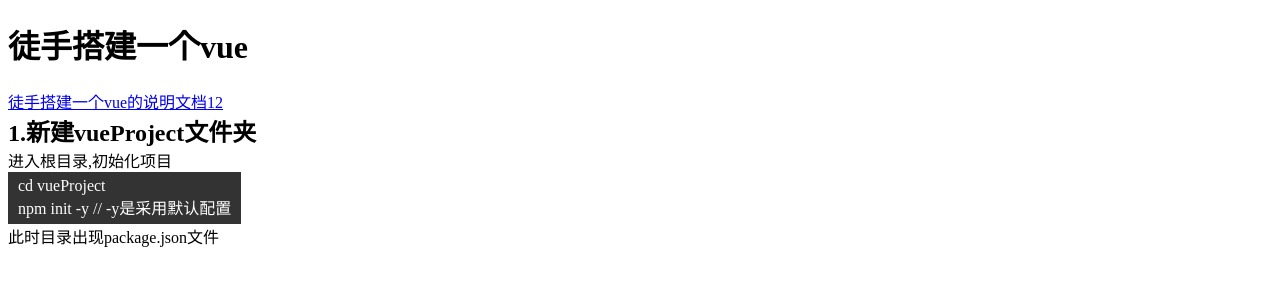
Repository: yuWhy/vue-build-cli
Page: /#/vueBuild
An editor plug-in stored every save of this project. The page is shown before and after the next save, followed by the edit.
The browser window is 1280 px wide. The pictures show the whole page.
The project was rebuilt for these pictures with package versions that can differ from the ones it lists, and the page was loaded fresh each time. Also part of the build but not shown: webpack.config.js, src/router/index.js.

Above is the page before, as saved 2021-02-19 16:01:53.

### index.html
<!DOCTYPE html>
<html lang="en">

<head>
  <meta charset="utf-8">
  <meta http-equiv="X-UA-Compatible" content="IE=edge">
  <meta name="viewport" content="width=device-width,initial-scale=1.0">
</head>

<body>
  <div id="app"></div>
</body>

</html>

### src/main.js
import Vue from 'vue'
import App from "./App.vue"
import router from './router/index.js'

new Vue({
  el: '#app',
  router,
  render: h => h(App)
})

### src/App.vue
<template>
  <div id="app">
    <h1>{{msg}}</h1>
    <router-link to="vueBuild">徒手搭建一个vue的说明文档</router-link>
    <router-link to="hello">1</router-link>
    <router-link to="login">2</router-link>
    <router-view></router-view>
  </div>
</template>

<script>
export default {
  name: 'App',
  data() {
    return {
      msg: '徒手搭建一个vue'
    }
  }
}
</script>

### src/components/vue-build.vue
<template>
  <div>
    <h2>1.新建vueProject文件夹</h2>
    <p>进入根目录,初始化项目</p>
    <div class="dimk">
      cd vueProject <br>
      npm init -y // -y是采用默认配置
    </div>
    <br>
    此时目录出现package.json文件
  </div>
</template>
<script>
export default {
  name: 'vueBuild'
}
</script>
<style scoped>
* {
  padding: 0;
  margin: 0;
}
  .dimk {
    background: #333;
    color: #fff;
    padding: 5px 10px;
    display: inline-block;
  }
</style>

After the next save:
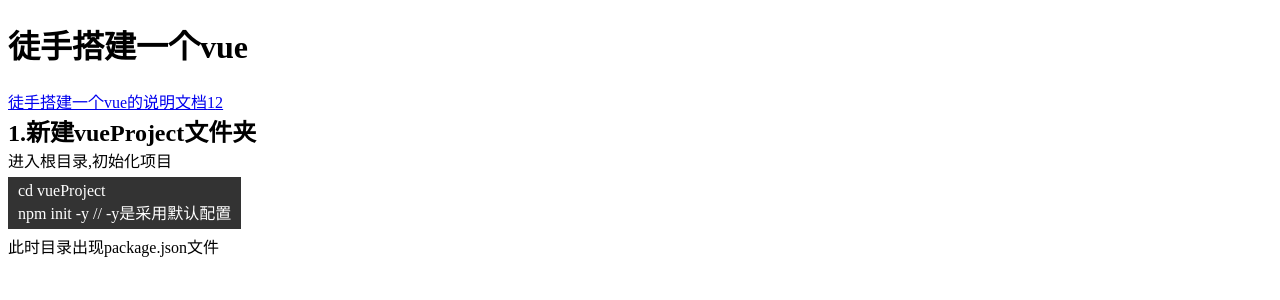
Saved 17 s later.
--- a/src/components/vue-build.vue
+++ b/src/components/vue-build.vue
@@ -25,5 +25,6 @@ export default {
     color: #fff;
     padding: 5px 10px;
     display: inline-block;
+    margin: 5px 0;
   }
 </style>
